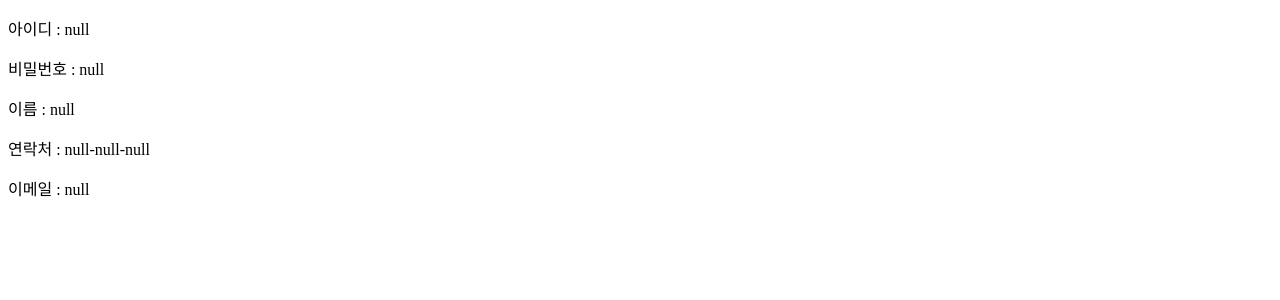
Repository: SJM7301/KH-JSP
Page: http://localhost/JSPBook/ch08/validation05_process.jsp
An editor plug-in stored every save of this project. The page is shown before and after the next save, followed by the edit.
The browser window is 1280 px wide. The pictures show the whole page.
The page is served by Tomcat 10. Nobody is signed in. The application's start-up code is not run.

Above is the page before, as saved 2025-02-06 08:32:08.

After the next save:
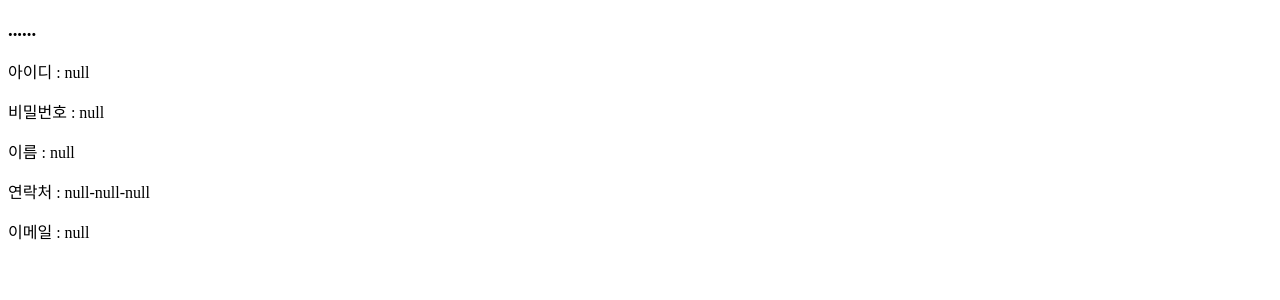
Saved 20 s later.
--- a/JSPBook/src/main/webapp/ch08/validation05_process.jsp
+++ b/JSPBook/src/main/webapp/ch08/validation05_process.jsp
@@ -7,6 +7,7 @@
 <title>Insert title here</title>
 </head>
 <body>
+	<h3>......</h3>
 	<%
 		request.setCharacterEncoding("UTF-8");
 	%>
